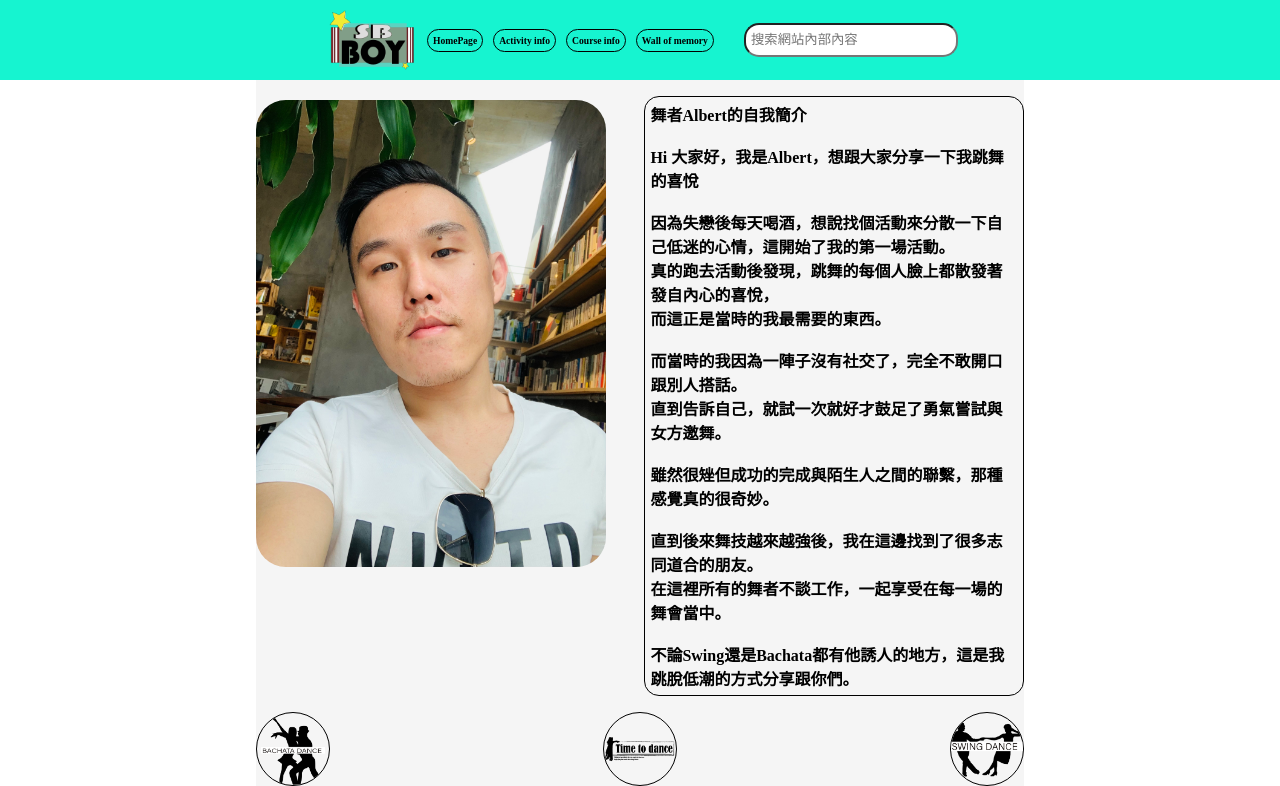
Repository: AlbertKoii/0718_Learning_Javascript
Page: aboutme/aboutme_try.html
These files come from the project's save history. The page is drawn as it stood at one moment and after the next save; the edit follows.
The browser window is 1280 px wide. The pictures show the whole page.

Above is the page before, as saved 2023-07-26 13:40:37.
Not found: aboutme/script.js

After the next save:
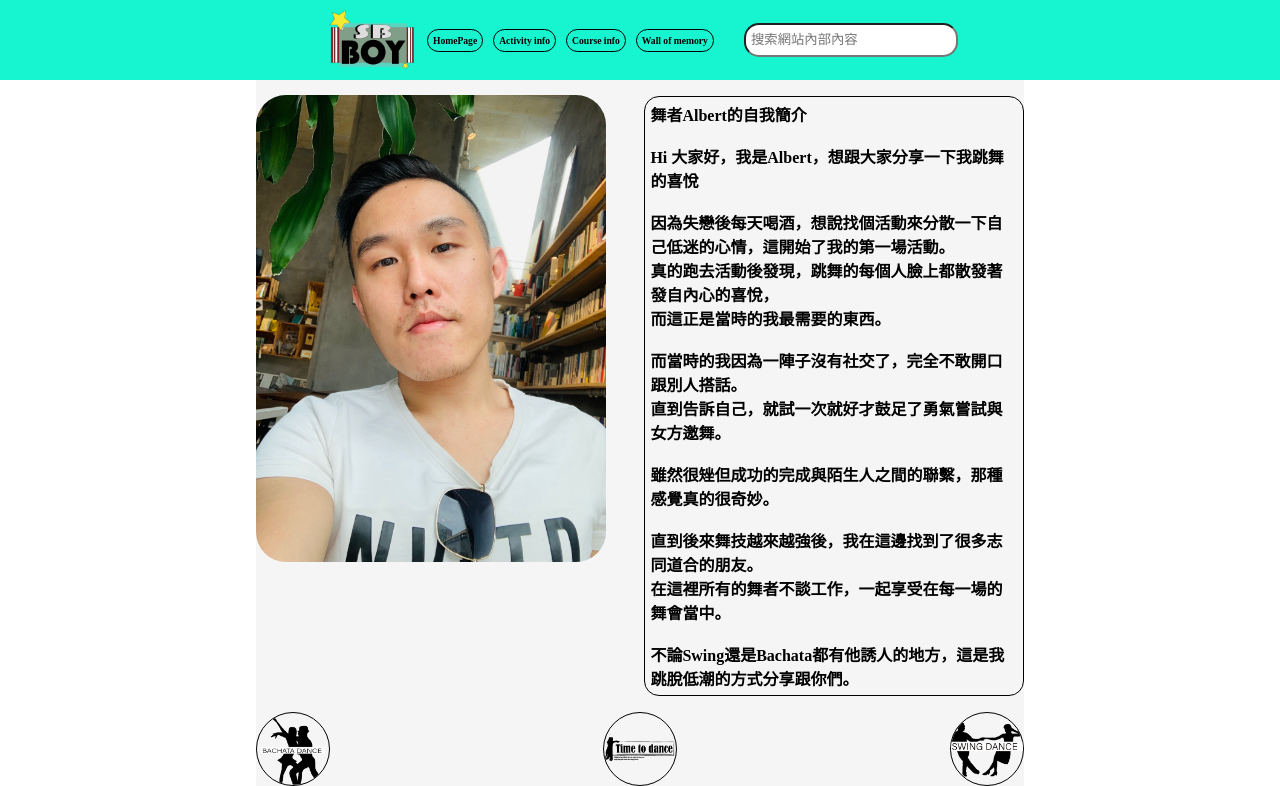
Saved 8 s later.
--- a/aboutme/aboutme.try.css
+++ b/aboutme/aboutme.try.css
@@ -66,7 +66,7 @@ html, body{
 
 .left img {
     width: 350px;
-    margin-top: 20px;
+    margin-top: 15px;
     height: auto;
     object-fit: cover;
     border-radius: 30px;
